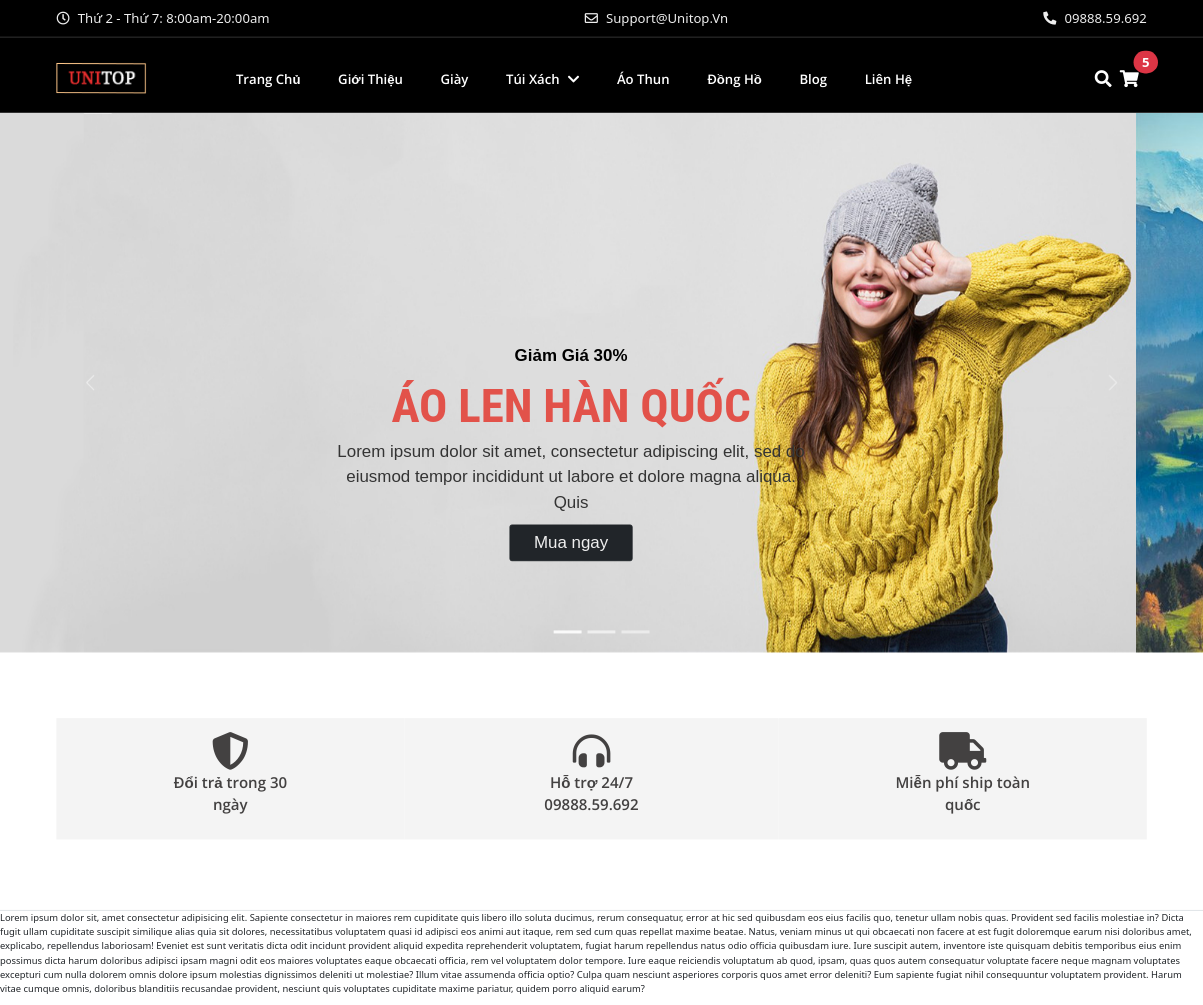
Repository: vinhtk0209/clothes-shop
Page: index.html
These files come from the project's save history. The page is drawn as it stood at one moment and after the next save; the edit follows.
The browser window is 1280 px wide. The pictures show the whole page, at 94% of full size.

Above is the page before, as saved 2021-10-04 17:35:33.

After the next save:
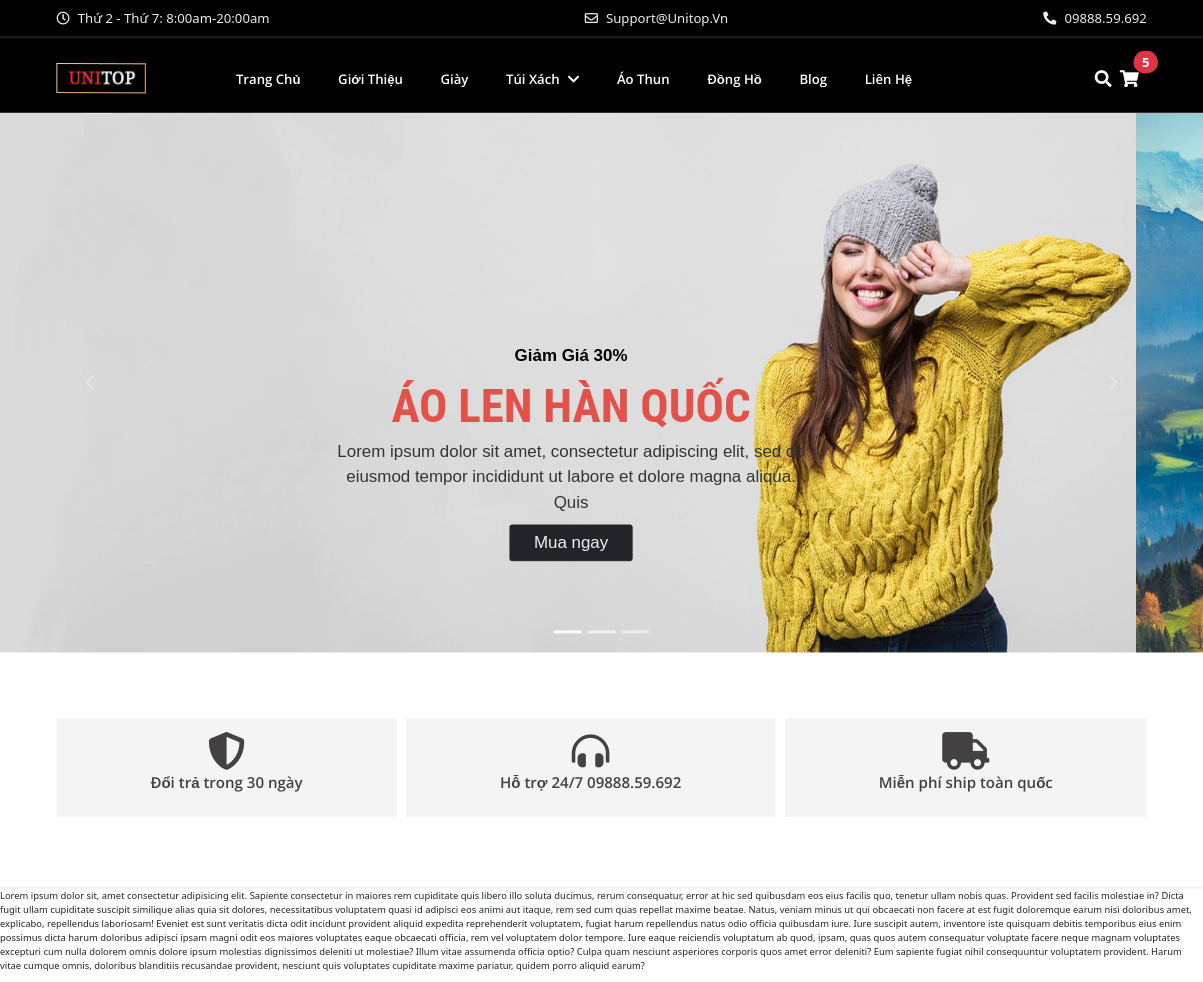
Saved 6 s later.
--- a/assets/css/main.css
+++ b/assets/css/main.css
@@ -159,7 +159,7 @@ ul.sub-menu li a:hover{
 }
 .box-offer{
     background-color: #f4f4f4;
-    padding:  15px  110px  25px  ;
+    padding:  15px  100px  25px  ;
     font-size: 1.6rem;
     color:#434141;
     font-weight: 600;
